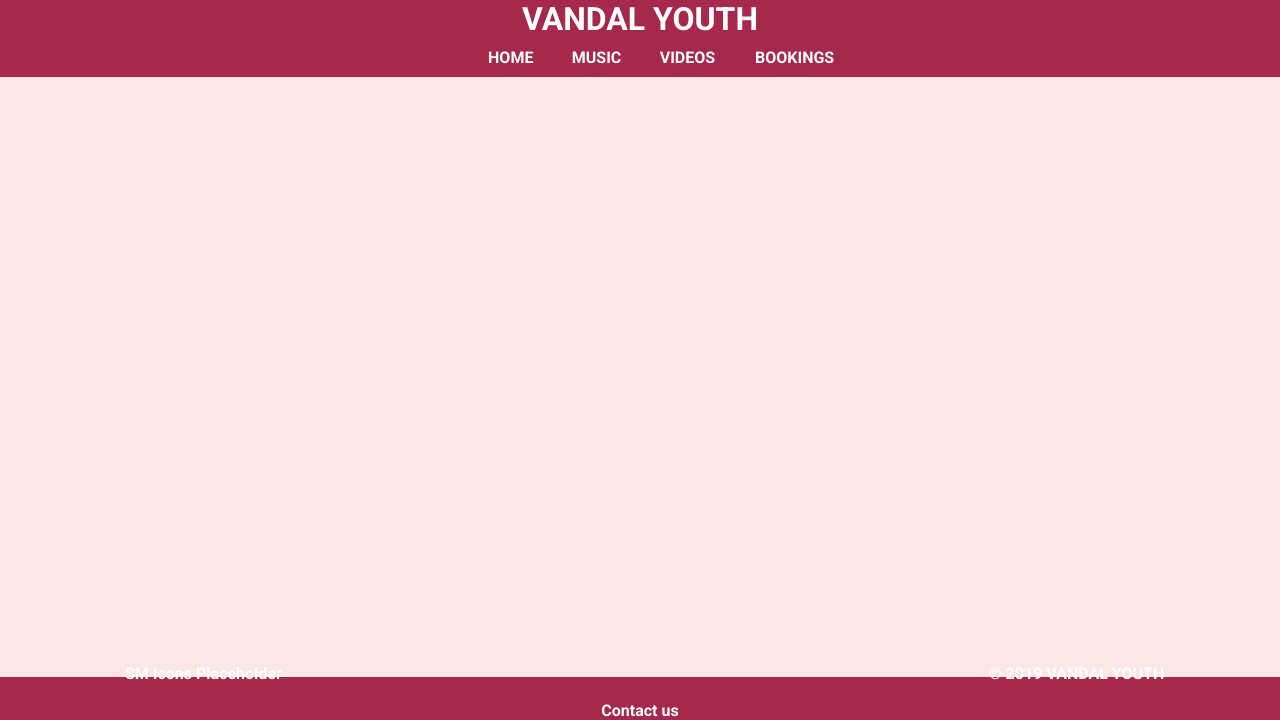
Repository: dof-bull/ci_milestone_project_1_Vandal_Youth
Page: index.html
The author's editor kept a record of every edit. The page is drawn from the files as they stood at one moment, then again after the next edit.
The browser window is 1280 px wide. The pictures show the whole page.

Above is the page before.

After the next edit:
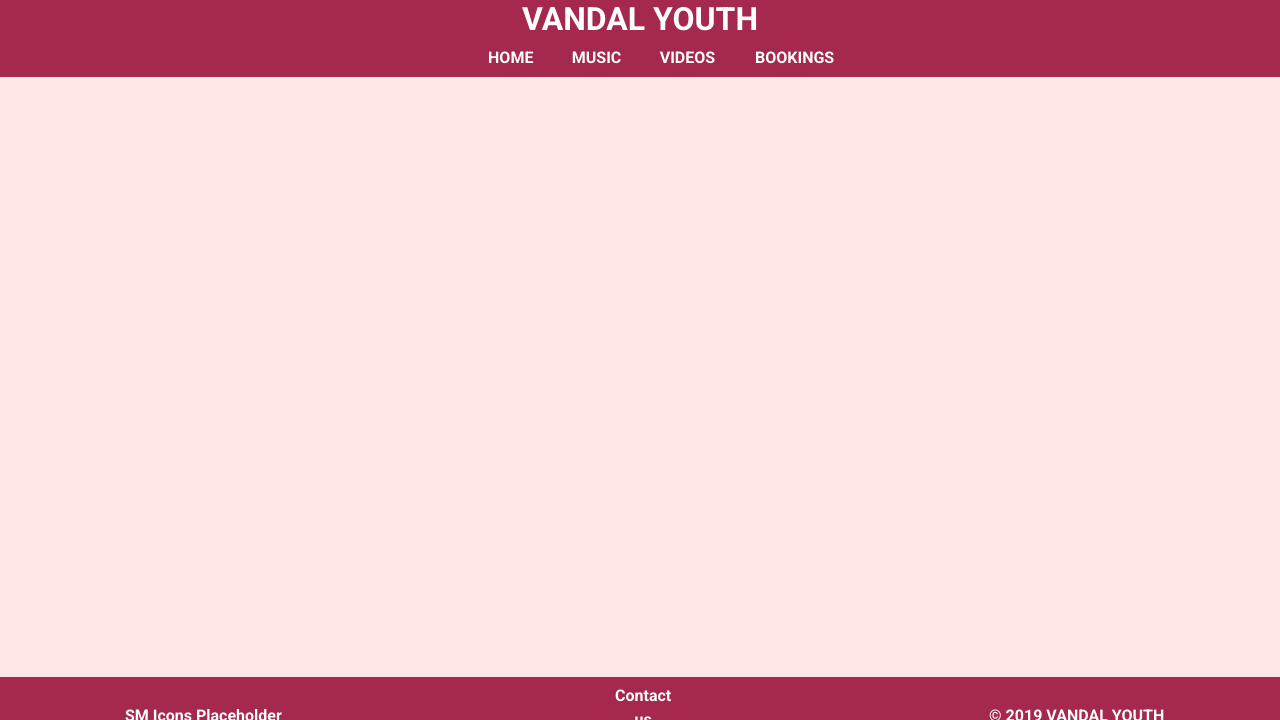
The edit:
--- a/assets/css/style.css
+++ b/assets/css/style.css
@@ -95,11 +95,9 @@
 }
 
 .footer-section {
-    position: relative;
-    -webkit-transform: translateY(-0%);
-	      -ms-transform: translateY(-0%);
-	      -o-transform: translateY(-10%);
-	      transform: translateY(-10%);
+    display: flex;
+    align-items: center;
+    justify-content: center;
 }
 
 /* Modal */
